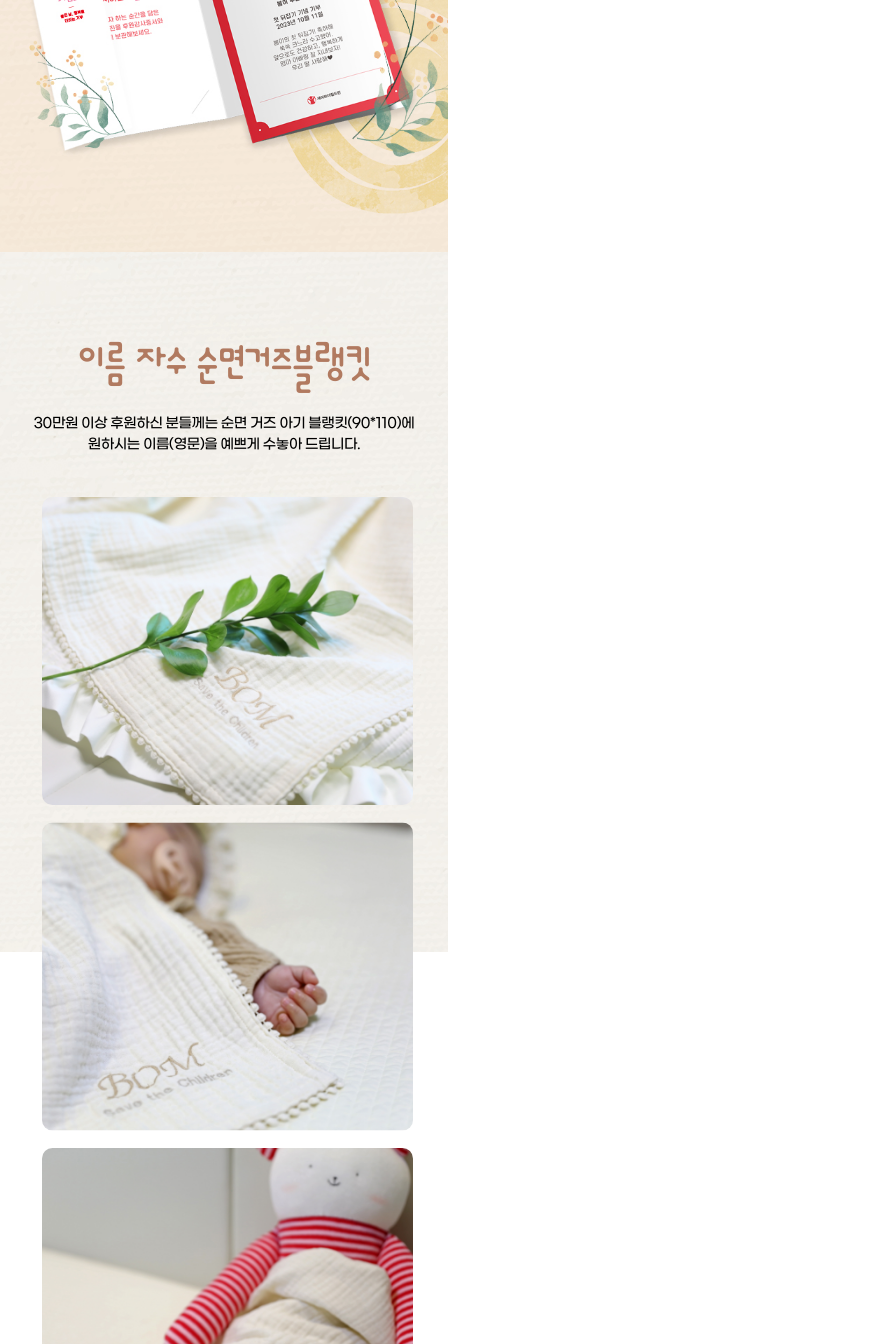
Repository: dlgywls1130/save_children_m
Page: index.html
An editor plug-in stored every save of this project. The page is shown before and after the next save, followed by the edit.
The browser window is 1280 px wide. The pictures show the part of the page from y = 4580 to 6500 px (the page is 9980 px tall), at 70% of full size.

Above is the page before, as saved 2023-12-13 20:02:30.

After the next save:
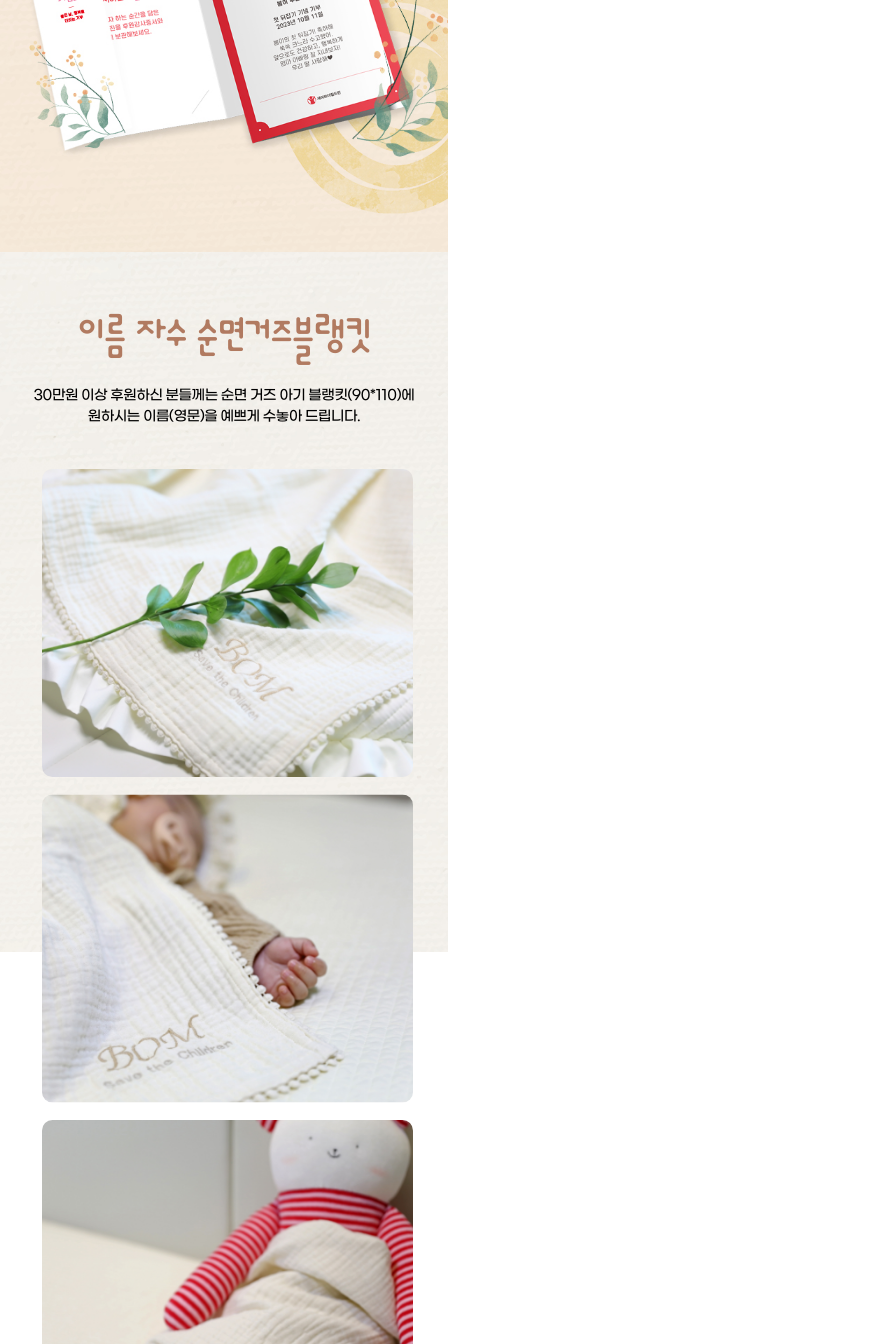
Saved 59 s later.
--- a/css/style.css
+++ b/css/style.css
@@ -372,7 +372,7 @@
 }
 
 .se04{
-    padding: 120px 0 130px;
+    padding: 80px 0 130px;
     box-sizing: border-box;
     height: 100%;
 }
